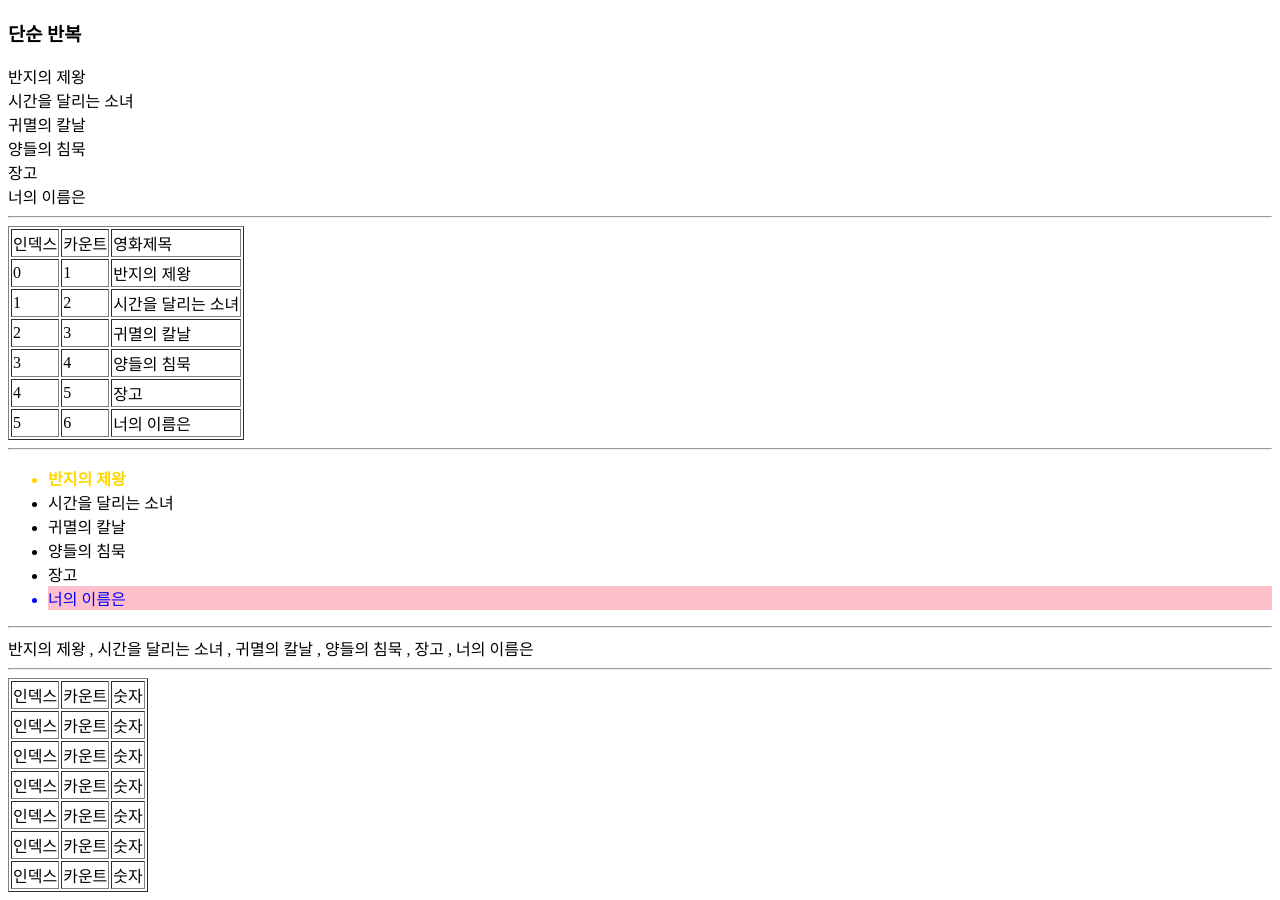
Repository: YooMyeongSeon/JSP_Servlet_Study
Page: http://localhost/web07/Ex_12.jsp
These files come from the project's save history. The page is drawn as it stood at one moment and after the next save; the edit follows.
The browser window is 1280 px wide. The pictures show the whole page.
The page is served by Tomcat 9. Other server files are loaded and not shown.

Above is the page before, as saved 2022-06-10 06:00:39.

### web07/WebContent/Ex_12.jsp
<%@ page language="java" contentType="text/html; charset=UTF-8"
    pageEncoding="UTF-8"%>
<%@ taglib prefix="c" uri="http://java.sun.com/jsp/jstl/core" %>
<!DOCTYPE html>
<html>
<head>
<meta charset="UTF-8">
<title>Insert title here</title>
</head>
<body>
	<%
		String[] movieList = {"반지의 제왕", "시간을 달리는 소녀", "귀멸의 칼날", "양들의 침묵", "장고", "너의 이름은"};
		pageContext.setAttribute("mList", movieList);
	%>
	<h3>단순 반복</h3>
	<c:forEach items="${mList}" var="mTiile">
		${mTiile}<br>
	</c:forEach>
	<hr>
	<table border="1">
		<tr>
			<td>인덱스</td>
			<td>카운트</td>
			<td>영화제목</td>
		</tr>
		<c:forEach items="${mList}" var="mTiile" varStatus="vs">
		<tr>
			<td>${vs.index}</td>
			<td>${vs.count}</td>
			<td>${mTiile}</td>
		</tr>
		</c:forEach>
	</table>
	<hr>
	<ul>
		<c:forEach items="${mList}" var="mTiile" varStatus="vs">
			<c:choose>
				<c:when test="${vs.first}">
					<li style="color:gold; font-weight:bold;">${mTiile}</li>
				</c:when>
				<c:when test="${vs.last}">
					<li style="color:blue; background-color:pink;">${mTiile}</li>
				</c:when>
				<c:otherwise>
					<li>${mTiile}</li>
				</c:otherwise>
			</c:choose>
		</c:forEach>
	</ul>
	<hr>
	<c:forEach items="${mList}" var="mTiile" varStatus="vs">
		${mTiile} <c:if test="${not vs.last}">,</c:if>
	</c:forEach>
	<hr>
	<table border="1">
		<tr>
			<td>인덱스</td>
			<td>카운트</td>
			<td>숫자</td>
		</tr>
		<c:forEach items="${mList}" var="mTiile" varStatus="vs">
			<tr>
				<td>인덱스</td>
				<td>카운트</td>
				<td>숫자</td>
			</tr>
		</c:forEach>
	</table>
</body>
</html>

After the next save:
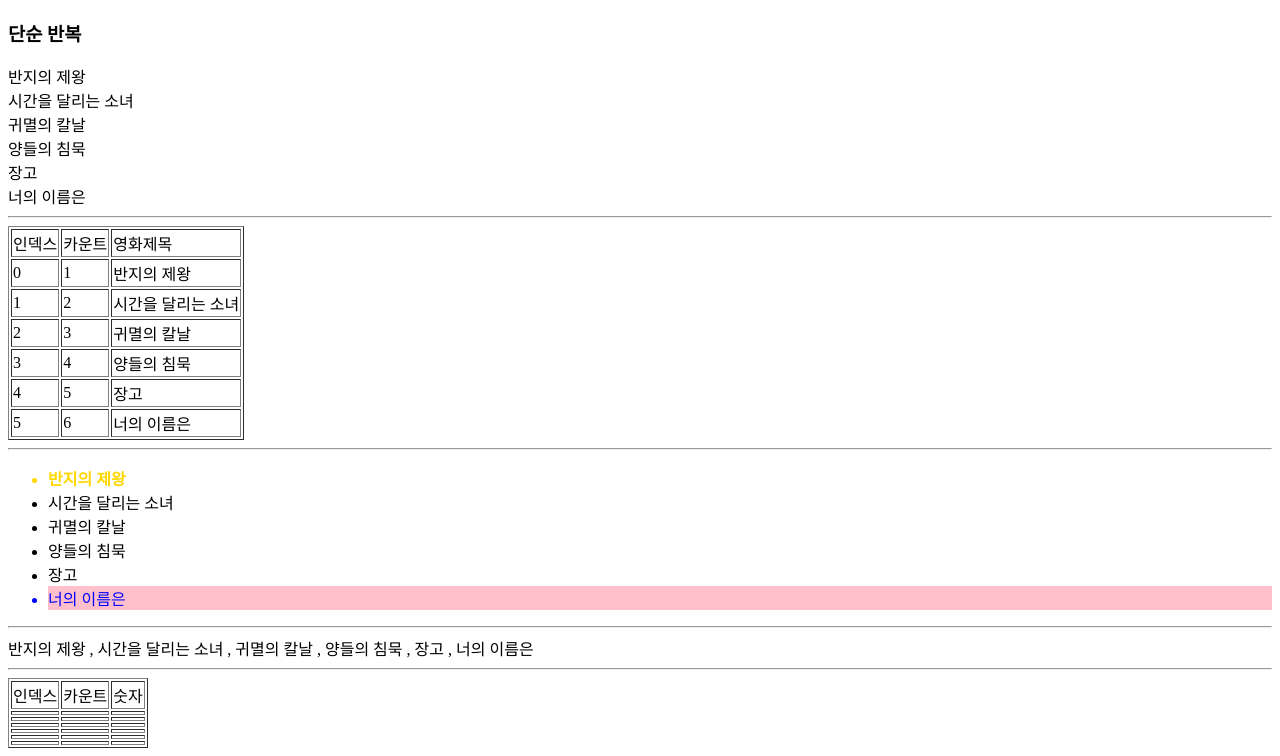
Saved 4 s later.
--- a/web07/WebContent/Ex_12.jsp
+++ b/web07/WebContent/Ex_12.jsp
@@ -60,9 +60,9 @@
 		</tr>
 		<c:forEach items="${mList}" var="mTiile" varStatus="vs">
 			<tr>
-				<td>인덱스</td>
-				<td>카운트</td>
-				<td>숫자</td>
+				<td></td>
+				<td></td>
+				<td></td>
 			</tr>
 		</c:forEach>
 	</table>
